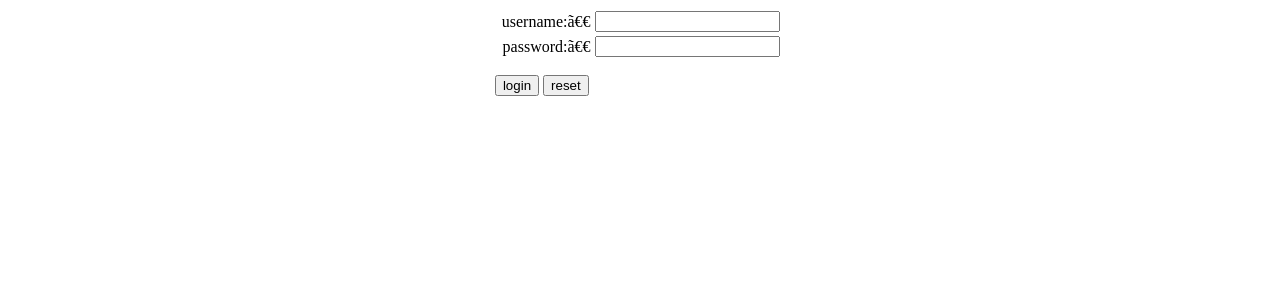
Repository: GetHubByYc/MyEclipse
Page: http://localhost/CheckLogin/login.jsp
The author's editor kept a copy of each file at every save. The page is drawn from the files as they stood at one save, then again after a run of saves.
The browser window is 1280 px wide. The pictures show the whole page.
The page is served by Tomcat 9.

Above is the page before, as saved 2015-11-14 02:36:52.

After the next 2 saves:
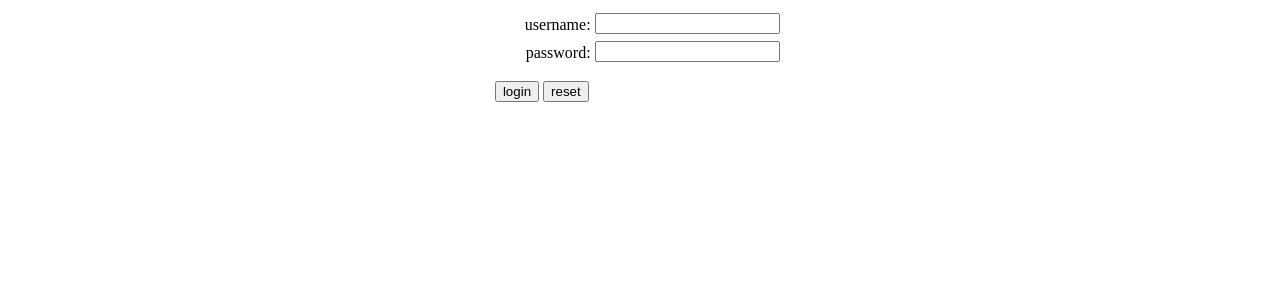
The 2 saves are shown as one change because 1 did not build or start.
The last was saved 48 s later.
--- a/CheckLogin/WebRoot/login.jsp
+++ b/CheckLogin/WebRoot/login.jsp
@@ -1,4 +1,4 @@
-<%@ page language="java" import="java.util.*" pageEncoding="ISO-8859-1"%>
+<%@ page language="java" import="java.util.*" pageEncoding="utf-8"%>
 
 <!DOCTYPE HTML PUBLIC "-//W3C//DTD HTML 4.01 Transitional//EN">
 <html>
